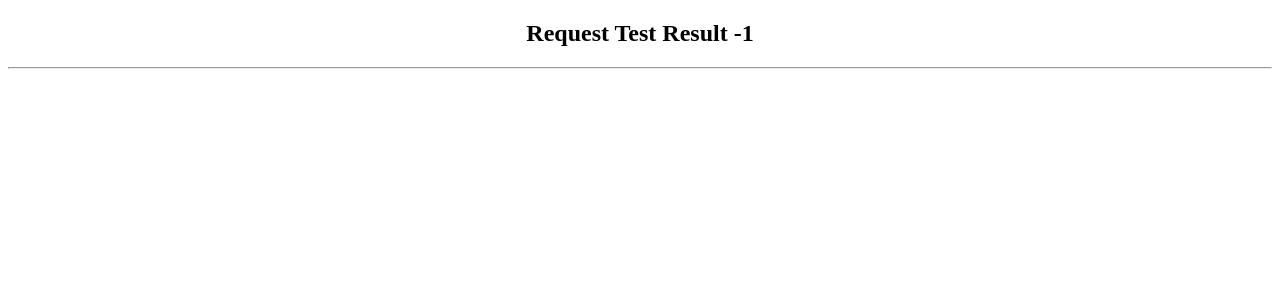
Repository: HyeonbinSa/JSPBook
Page: http://localhost/jspbook/ch06/request_result.jsp
An editor plug-in stored every save of this project. The page is shown before and after the next save, followed by the edit.
The browser window is 1280 px wide. The pictures show the whole page.
The page is served by Tomcat 9.

Above is the page before, as saved 2020-01-02 09:57:18.

After the next save:
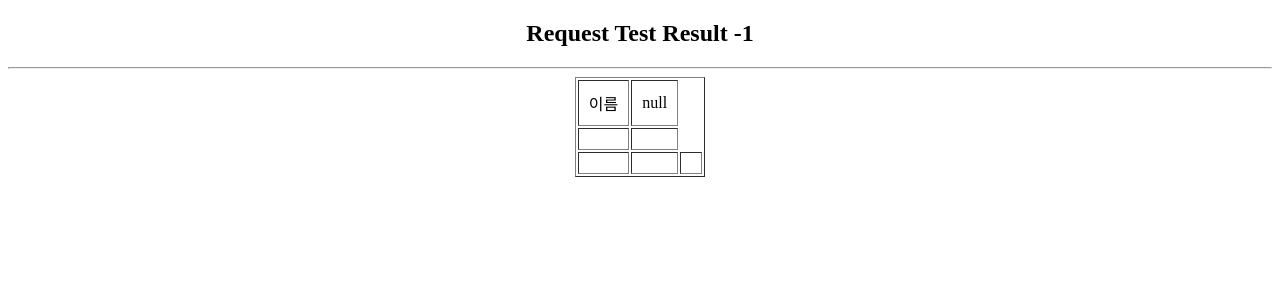
Saved 96 s later.
--- a/jspbook/WebContent/ch06/request_result.jsp
+++ b/jspbook/WebContent/ch06/request_result.jsp
@@ -19,7 +19,18 @@ td, th{
 <div align="center">
 <h2>Request Test Result -1</h2>
 <hr>
-
+<table border=1>
+<tr>
+<td>이름</td>
+<td><%= request.getParameter("username") %></td>
+<tr>
+<td></td>
+<td></td>
+<tr>
+<td></td>
+<td></td>
+<td></td>
+</table>
 </div>
 </body>
 </html>
